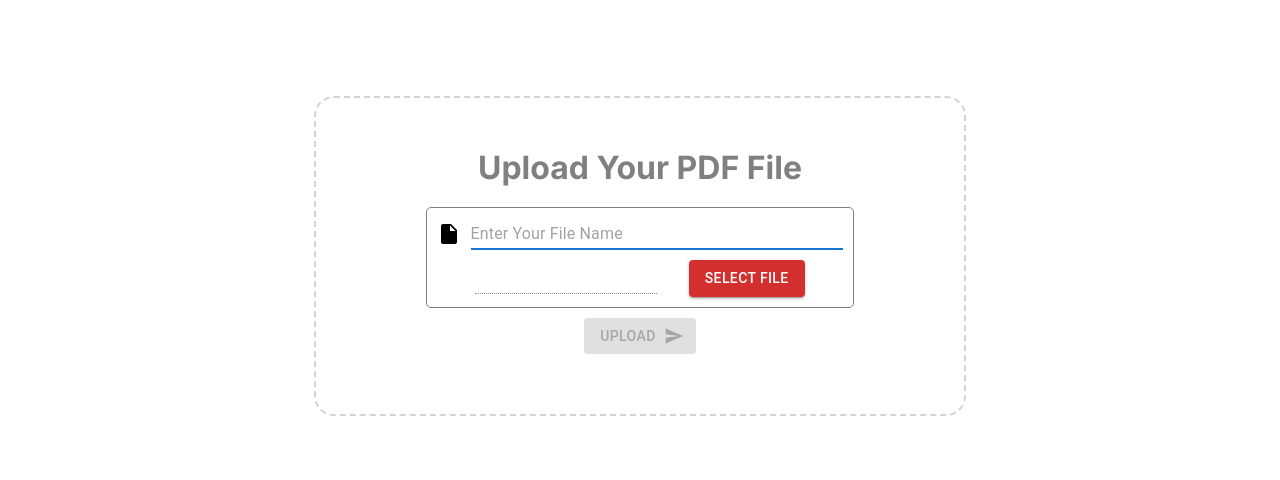
Repository: BhushanPatil-121/pdf-upload-nextjs
Page: /
The author's editor kept a copy of each file at every save. The page is drawn from the files as they stood at one save, then again after the next save.
The browser window is 1280 px wide. The pictures show the whole page.
The project was rebuilt for these pictures with package versions that can differ from the ones it lists, and the page was loaded fresh each time. The framework's server and built-in components were replaced by stand-ins that run in the browser. Also part of the build but not shown: next.config.mjs.

Above is the page before, as saved 2024-02-29 11:07:56.

### src/app/page.tsx
"use client"
import styles from "./page.module.css";
import { styled } from '@mui/material/styles';
import Button from '@mui/material/Button';
import CloudUploadIcon from '@mui/icons-material/CloudUpload';
import { useState } from 'react';
import { Alert, Box, Stack, TextField } from "@mui/material";
import InsertDriveFileIcon from '@mui/icons-material/InsertDriveFile';
import SendIcon from '@mui/icons-material/Send';
import LoadingButton from '@mui/lab/LoadingButton';
import { CloudDownload } from "@mui/icons-material";

const VisuallyHiddenInput = styled('input')({
  clip: 'rect(0 0 0 0)',
  clipPath: 'inset(50%)',
  height: 1,
  overflow: 'hidden',
  position: 'absolute',
  bottom: 0,
  left: 0,
  whiteSpace: 'nowrap',
  width: 1,
});

export default function Home() {
  const [loading, setLoading] = useState(false);
  const [uploading, setUploding] = useState(false);
  const [fileName, setFileName] = useState<string>("")
  const [defaultFileName, setDefaultFileName] = useState<string>("")
  const [file, setFile] = useState<string>("")
  function handleClick(e: any) {
    setLoading(true);
    setTimeout(() => setLoading(false), 3000);
    setTimeout(() => {
      setUploding(true)
      setFileName("")
      setFile("")
    }, 3000);
    setTimeout(() => setUploding(false), 6000);
    e.preventDefault();
    let formData = new FormData();
    formData.append('filename', fileName);
    formData.append('file', file);
    console.log(fileName, file);
  }
  return (
    <main className={styles.main}>
      <div className={styles.mainContainer}>
        <h1 className={styles.mainHeading}>Upload Your PDF File</h1>
        <form className={styles.mainForm}>
          <div className={styles.mainFormContainer}>
            <div className={styles.mainFormSubContainer1}>
              <InsertDriveFileIcon />
              <Box sx={{width:'100%'}}>
              <TextField
                id="standard-basic"
                fullWidth
                placeholder="Enter Your File Name"
                value={fileName}
                autoFocus
                onChange={(e) => { setFileName(e.target.value) }}
                variant="standard" />
              </Box>
            </div>
            <div className={styles.mainFormSubContainer2}>
              <Box sx={{width:'50%'}}>
              <TextField
                id="standard-multiline-static"
                multiline
                rows={1}
                disabled
                variant="standard"
                value={defaultFileName}
              />
              </Box>
              <Button
                component="label"
                role={undefined}
                variant="contained"
                tabIndex={-1}
                color={file ? "success" : "error"}
                onChange={(e: any) => {
                  setFile(e.target.files[0]);
                  setDefaultFileName(e.target.files[0].name);
                }}>Select file
                <VisuallyHiddenInput type="file" accept="application/pdf" />
              </Button>
            </div>
          </div>
          <LoadingButton
            onClick={handleClick}
            endIcon={<SendIcon />}
            loading={loading}
            disabled={fileName.length < 1}
            loadingPosition="end"
            variant="contained">
            {
              loading ? "Uploading..." : "Upload"
            }
          </LoadingButton>
        </form>
      </div>
      {
        uploading &&
        <Stack sx={{ width: '50%' }} spacing={2}>
          <Alert variant="filled" severity="success">
            File Upload Successfully
          </Alert>
        </Stack>
      }
    </main>
  );
}

### src/app/globals.css


* {
  box-sizing: border-box;
  padding: 0;
  margin: 0;
}

html,
body {
  max-width: 100vw;
  overflow-x: hidden;
}


a {
  color: inherit;
  text-decoration: none;
}

### src/app/page.module.css
.main {
  display: flex;
  flex-direction: column;
  justify-content: start;
  gap: 20px;
  align-items: center;
  padding: 6rem;
  min-height: 100vh;
}

.mainContainer {
  width: 60%;
  display: flex;
  flex-direction: column;
  justify-content: center;
  align-items: center;
  padding: 50px 100px;
  border-radius: 20px;
  border: dashed 2px lightgrey;
}

.mainHeading {
  color: grey;
}

.mainForm {
  display: flex;
  flex-direction: column;
  align-items: center;
  justify-content: center;
  width: 100%;
  padding: 10px;
  border-radius: 10px;
}

.mainFormContainer {
  display: flex;
  flex-direction: column;
  align-items: center;
  justify-content: center;
  width: 100%;
  height: 100%;
  border: 1px solid grey;
  border-radius: 5px;
  padding: 10px;
  gap: 10px;
  margin: 10px;
}

.mainFormSubContainer1 {
  display: flex;
  flex-direction: row;
  align-items: center;
  justify-content: center;
  gap: 10px;
  width: 100%;
}

.mainFormSubContainer2 {
  display: flex;
  flex-direction: row;
  align-items: center;
  justify-content: center;
  gap: 10px;
  width: 100%;

}

Loaded but not shown: src/app/layout.tsx (common file)

After the next save:
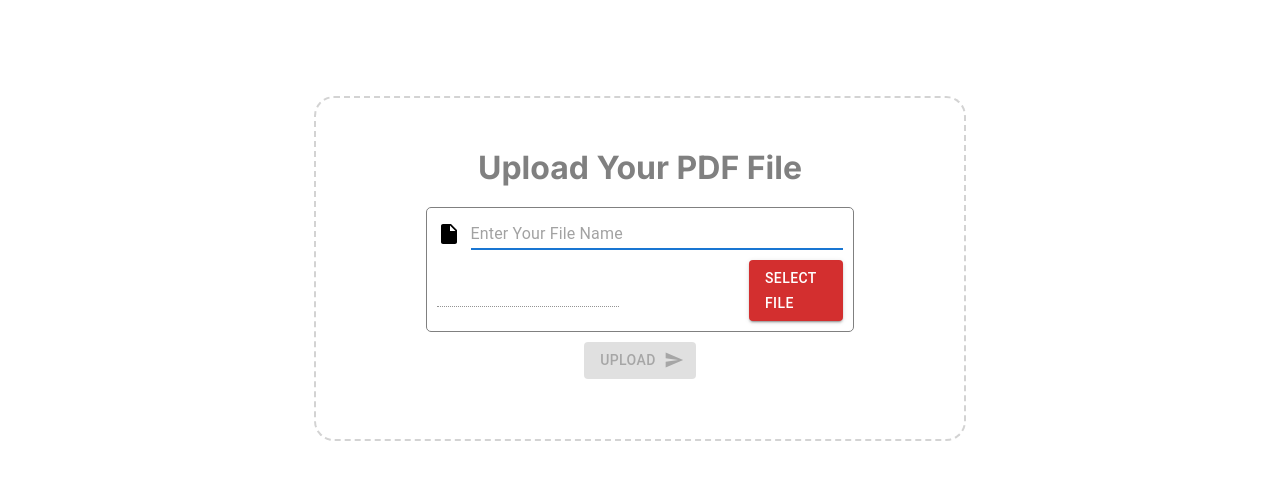
Saved 11 s later.
--- a/src/app/page.tsx
+++ b/src/app/page.tsx
@@ -63,7 +63,7 @@
               </Box>
             </div>
             <div className={styles.mainFormSubContainer2}>
-              <Box sx={{width:'50%'}}>
+              <Box sx={{width:'100%'}}>
               <TextField
                 id="standard-multiline-static"
                 multiline

After the save that followed:
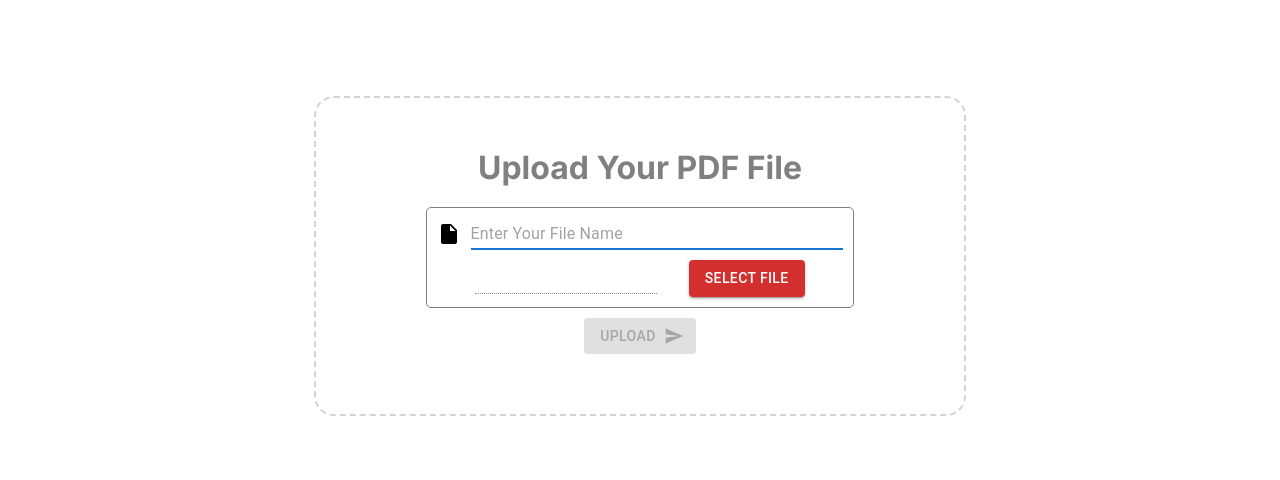
Saved 11 s later.
--- a/src/app/page.tsx
+++ b/src/app/page.tsx
@@ -63,7 +63,7 @@
               </Box>
             </div>
             <div className={styles.mainFormSubContainer2}>
-              <Box sx={{width:'100%'}}>
+              <Box sx={{width:'50%'}}>
               <TextField
                 id="standard-multiline-static"
                 multiline
